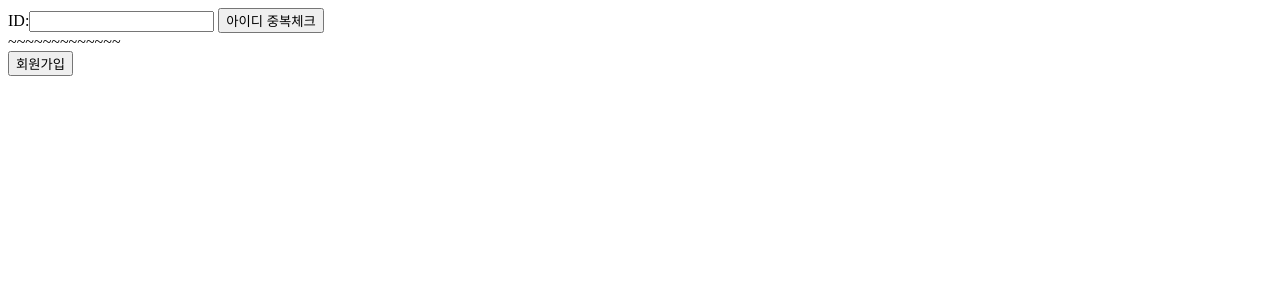
Repository: sanghshlsh/workspace_jsp
Page: http://localhost/Test060501/NewFile.jsp
The author's editor kept a copy of each file at every save. The page is drawn from the files as they stood at one save, then again after the next save.
The browser window is 1280 px wide. The pictures show the whole page.
The page is served by Tomcat 9. Other server files are loaded and not shown.

Above is the page before, as saved 2020-06-05 01:20:57.

### Test060501/WebContent/NewFile.jsp
<%@ page language="java" contentType="text/html; charset=UTF-8"
	pageEncoding="UTF-8"%>
<%@ taglib uri="http://java.sun.com/jsp/jstl/core" prefix="c"%>
<%@ taglib uri="http://java.sun.com/jsp/jstl/fmt" prefix="fmt"%>
<%@ taglib uri="http://java.sun.com/jsp/jstl/functions" prefix="fn"%>
<!DOCTYPE html>
<html>
<head>
<meta charset="UTF-8">
<title>Insert title here</title>

<script
	src="https://ajax.googleapis.com/ajax/libs/jquery/3.5.1/jquery.min.js"></script>

</head>
<body>
	<form action="insert.do" method="post">

		ID:<input name="id" id="id">
		<button>아이디 중복체크</button>
		<br> ~~~~~~~~~~~~~ <br>
		 <input type="submit" value="회원가입">



	</form>


	<script type="text/javascript">
		$(document).ready(function() {

			$("button").click(function(event) {
				event.preventDefault();

				var id = $("#id").val();

$.ajax({

	type:"get",
	url:"idcheck",
	data:{
		id :id
	},
	dataType:"text",
	success:function(result){
		alert(result);
	}

});

			});

		});
	</script>



</body>
</html>

After the next save:
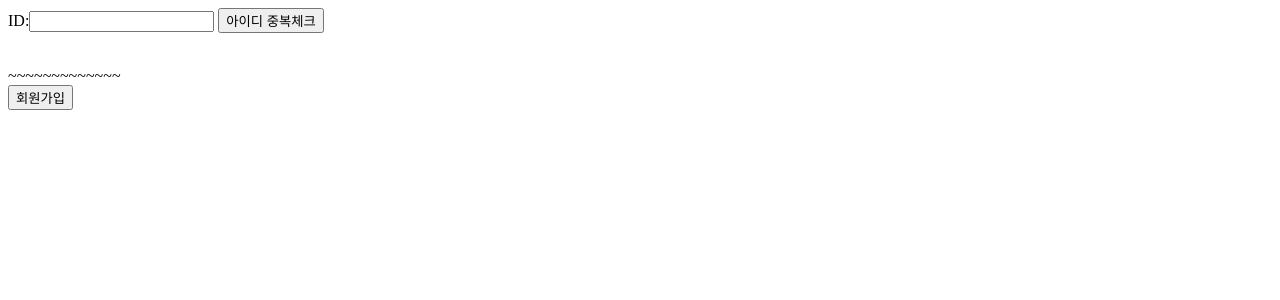
Saved 99 s later.
--- a/Test060501/WebContent/NewFile.jsp
+++ b/Test060501/WebContent/NewFile.jsp
@@ -18,6 +18,7 @@
 
 		ID:<input name="id" id="id">
 		<button>아이디 중복체크</button>
+		<p></p>
 		<br> ~~~~~~~~~~~~~ <br>
 		 <input type="submit" value="회원가입">
 
@@ -43,7 +44,8 @@ $.ajax({
 	},
 	dataType:"text",
 	success:function(result){
-		alert(result);
+		$("p").text(result);
+		<%--alert(result);--%>
 	}
 
 });
